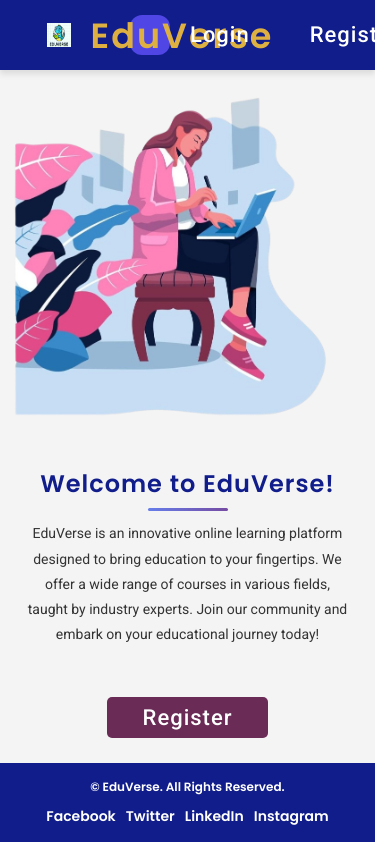
Repository: aviralsaxena16/Eduverse-Elearning-Platform
Page: /
The author's editor kept a copy of each file at every save. The page is drawn from the files as they stood at one save, then again after the next save.
The browser window is 375 px wide. The pictures show the whole page.
The project was rebuilt for these pictures with package versions that can differ from the ones it lists, and the page was loaded fresh each time. Also part of the build but not shown: vite.config.js, src/pages/LoginPage/Logout.css, src/pages/LoginPage/Logout.jsx, src/components/Side/Sidebar.css, src/components/Side/Sidebar.jsx, src/components/Navbar2/Navbar2.jsx, src/pages/MainPage/BotPage.jsx, src/pages/MainPage/MainPage.jsx and 19 more. Imported but missing from the stored project, and not drawn on this page: src/config.js, src/pages/Profile/ProfilePic.

Above is the page before, as saved 2025-03-21 18:02:37.

### index.html
<!doctype html>
<html lang="en">
  <head>
    <meta charset="UTF-8" />
    <link rel="icon" type="image/svg+xml" href="https://files.oaiusercontent.com/file-NUiUzAsg2Rnv5fLjRKBuEV?se=2025-01-03T04%3A50%3A28Z&sp=r&sv=2024-08-04&sr=b&rscc=max-age%3D604800%2C%20immutable%2C%20private&rscd=attachment%3B%20filename%3D9718d2ac-9ef9-426d-92ea-ecf0daa195a5.webp&sig=QLeTMO/ZWDLyk/UBXh9xFU5B15z5Ib/wuNILqFuiQV8%3D" />
    <meta name="viewport" content="width=device-width, initial-scale=1.0" />
    <link href="https://fonts.googleapis.com/css2?family=Poppins:wght@600&family=Roboto:wght@400;500&display=swap" rel="stylesheet">

    <title>EduVerse</title>
  </head>
  <body>
    <div id="root"></div>
    <script type="module" src="/src/main.jsx"></script>
  </body>
</html>

### src/App.jsx
//import LandingPage from './components/landingPage/LandingPage';
import { BrowserRouter } from 'react-router-dom';
import Routers from './routers/Routers.jsx';
import { AuthProvider } from './context/context.jsx';
const App = () => {
  return (
    <AuthProvider>
    <BrowserRouter>
    <Routers/>
    </BrowserRouter>
    </AuthProvider>
  )
}

export default App

### src/routers/Routers.jsx
import { Routes, Route} from 'react-router-dom';
import LandingPage from '../pages/landingPage/LandingPage.jsx';
import MainPage from '../pages/MainPage/MainPage.jsx';
import GamePage from '../pages/MainPage/GamePage.jsx';
import CoursePage from '../pages/MainPage/CoursePage.jsx';
import QuizPage from '../pages/MainPage/QuizPage/QuizPage.jsx';
import NotificationPage from '../pages/MainPage/NotificationPage.jsx';
import Login from '../pages/LoginPage/Login.jsx';
import Signup from '../pages/SignUp/Signup.jsx';
import Ques from '../pages/MainPage/QuizPage/Ques.jsx';
import ChatRoom from '../pages/MainPage/chatroom/ChatRoom.jsx';
import ProtectedRoute from './ProtectedRoute.jsx';
import VideoDetails from '../pages/MainPage/VideoDetails.jsx';
import Logout from '../pages/LoginPage/Logout.jsx';
import Game_H1 from '../pages/Game/Game_H1.jsx';
import Tictac from '../pages/Game/Tictac.jsx';
import Profile from '../pages/MainPage/Profile.jsx';
const Routers = () => {
  return (
    <Routes>
    <Route path="/" element={<LandingPage />} />
    <Route path="/login" element={<Login />} />
    <Route path="/register" element={<Signup />} />

    {/* Main Routes */}
    <Route path="/home" element={
          <ProtectedRoute>
            <MainPage />
          </ProtectedRoute>
        } />
    <Route path="/home/notification" element={
          <ProtectedRoute>
            <NotificationPage />
          </ProtectedRoute>
        } />
    <Route path="/home/course" element={
          <ProtectedRoute>
            <CoursePage />
          </ProtectedRoute>
        } />

<Route path="/home/course/video/:videoId" element={
          <ProtectedRoute>
            <VideoDetails />
          </ProtectedRoute>
        } />
    <Route path="/home/chat" element={
          <ProtectedRoute>
            <ChatRoom />
          </ProtectedRoute>
        } />
    <Route path="/home/quiz" element={
          <ProtectedRoute>
            <QuizPage />
          </ProtectedRoute>
        } />
    <Route path="/quiz/:id" element={
          <ProtectedRoute>
            <Ques />
          </ProtectedRoute>
        } />

<Route path="/logout" element={
          <ProtectedRoute>
            <Logout />
          </ProtectedRoute>
        } />
<Route path="/home/games" element={
          <ProtectedRoute>
            <GamePage />
          </ProtectedRoute>
        } />
      <Route path="/home/games/rock-paper-scissors" element={
          <ProtectedRoute>
            <Game_H1 />
          </ProtectedRoute>
        } />

<Route path="/home/games/tictac" element={
          <ProtectedRoute>
            <Tictac />
          </ProtectedRoute>
        } />
        <Route path="/home/profile" element={
          <ProtectedRoute>
           <Profile/>
          </ProtectedRoute>
        } />
  </Routes>


  );
};

export default Routers;

### src/context/context.jsx
import { createContext, useState, useContext } from 'react';

const AuthContext = createContext(null);

export const AuthProvider = ({ children }) => {
  const [isAuthenticated, setIsAuthenticated] = useState(false);

  const login = () => setIsAuthenticated(true);
  const logout = () => setIsAuthenticated(false);

  return (
    <AuthContext.Provider value={{ isAuthenticated, login, logout }}>
      {children}
    </AuthContext.Provider>
  );
};

export const useAuth = () => useContext(AuthContext);

### src/pages/landingPage/LandingPage.jsx

import Navbar from "./Navbar";
import Body from "./Body";
import Footer from "./Footer";

const LandingPage = () => {
  return (
    <div className="landing-page">
      <Navbar/>
      <Body/>
      <Footer/>
    </div>
  );
};

export default LandingPage;

### src/pages/landingPage/Navbar.jsx

import { NavLink } from "react-router-dom";
import "./Navbar.css";
import logo from '../../assets/Logo.png'

const Navbar = () => {
  return (
    <nav className="navbar">
      <div className="logo">
        <img src={logo} className="img"/>
          EduVerse</div>
      <ul className="nav-links">
        <li>
          <NavLink to="/login" className="nav-link" activeClassName="active">
            Login
          </NavLink>
        </li>
        <li>
          <NavLink to="/register" className="nav-link" activeClassName="active">
            Register
          </NavLink>
        </li>
      </ul>
    </nav>


  );
};

export default Navbar;

### src/pages/landingPage/Body.jsx

import { NavLink } from "react-router-dom";
import "./Body.css";

import cover from "../../assets/no_bg.png"; // Import the cover image
const Body = () => {
  return (
    <div className="body-section">
      <div className="image-section">
        {/* Use the imported cover image */}
        <img src={cover} alt="Cover" className="cover-image" />
      </div>
      <div className="intro">
        <h1>Welcome to EduVerse!</h1>
        <p>

          EduVerse is an innovative online learning platform designed to bring education to your fingertips. We offer a wide range of courses in various fields, taught by industry experts.  Join our community and embark on your educational journey today!
        </p>
        <button className="sign-in-btn"> <NavLink to="/register" className="nav-link" activeClassName="active">
            Register
          </NavLink></button>

      </div>
    </div>
  );
};

export default Body;

### src/pages/landingPage/Footer.jsx
import "./Footer.css";

const Footer = () => {
  return (
    <footer className="footer">
      <div className="footer-content">
        <p className="footer-text">© EduVerse. All Rights Reserved.</p>
        <span className="social-links">
          <a href="https://www.facebook.com" className="social-icon" target="_blank" rel="noopener noreferrer">Facebook</a>
          <a href="https://twitter.com" className="social-icon" target="_blank" rel="noopener noreferrer">Twitter</a>
          <a href="https://www.linkedin.com" className="social-icon" target="_blank" rel="noopener noreferrer">LinkedIn</a>
          <a href="https://www.instagram.com" className="social-icon" target="_blank" rel="noopener noreferrer">Instagram</a>
        </span>
      </div>
    </footer>
  );
};

export default Footer;

### src/pages/MainPage/QuizPage/quiz.css
.quiz-page {
  display: grid;
  grid-template-columns: repeat(auto-fill, minmax(280px, 1fr));
  gap: 2rem;
  padding: 2rem;
  max-width: 1600px;
  margin: 0 auto;
}


h1 {
  text-align: center;
  margin: 2rem 0;
  color: #2d3748;
  font-size: 2.5rem;
  font-weight: 700;
  position: relative;
}

h1::after {
  content: '';
  position: absolute;
  bottom: -10px;
  left: 50%;
  transform: translateX(-50%);
  width: 100px;
  height: 4px;
  background: linear-gradient(90deg, #667eea, #764ba2);
  border-radius: 2px;
}

.cardd {
  border-radius: 12px;
  overflow: hidden;
  box-shadow: 0 10px 20px rgba(0,0,0,0.1);
  transition: all 0.3s ease;
  cursor: pointer;
  position: relative;
  height: 250px;
}

.cardd:hover {
  transform: translateY(-10px);
  box-shadow: 0 15px 30px rgba(0,0,0,0.2);
}

.cardd::before {
  content: '';
  position: absolute;
  inset: 0;
  background: linear-gradient(to top, rgba(0,0,0,0.8) 0%, rgba(0,0,0,0) 60%);
  z-index: 1;
  opacity: 0.8;
  transition: opacity 0.3s ease;
}

.cardd:hover::before {
  opacity: 0.9;
}

/* Media Queries for Different Screen Sizes */
@media (max-width: 1200px) {
  .quiz-page {
    grid-template-columns: repeat(auto-fill, minmax(250px, 1fr));
    padding: 1.5rem;
  }
}

@media (max-width: 768px) {
  .quiz-page {
    grid-template-columns: repeat(auto-fill, minmax(220px, 1fr));
    gap: 1.5rem;
    padding: 1rem;
  }

  h1 {
    font-size: 2rem;
    margin: 1.5rem 0;
  }
}

@media (max-width: 480px) {
  .quiz-page {
    grid-template-columns: 1fr;
    gap: 1.2rem;
  }

  .cardd {
    height: 200px;
  }

  h1 {
    font-size: 1.8rem;
    margin: 1rem 0;
  }

  h1::after {
    width: 80px;
    height: 3px;
  }
}

/* Additional Styles for Your Card Component */
/* These would integrate with your Card component */
.card-title {
  position: absolute;
  bottom: 20px;
  left: 20px;
  color: white;
  font-size: 1.4rem;
  font-weight: 600;
  z-index: 2;
  transition: transform 0.3s ease;
}

.cardd:hover .card-title {
  transform: translateY(-5px);
}

.card-image {
  width: 100%;
  height: 100%;
  object-fit: cover;
  transition: transform 0.5s ease;
}

.cardd:hover .card-image {
  transform: scale(1.1);
}

### src/pages/MainPage/QuizPage/quiz_ques.css
/* Prevent horizontal scrolling */
html, body {
  margin: 0;
  padding: 0;
  width: 100vw;
  overflow-x: hidden;
}

/* quiz_ques.css */
* {
  margin: 0;
  padding: 0;
  box-sizing: border-box;
  font-family: 'Poppins', sans-serif;
}

.quiz-container {
  min-height: 100vh;
  width: 100%;
  max-width: 100vw;
  background: #f9f9f9;
  padding: 2rem;
  display: flex;
  flex-direction: column;
  align-items: center;
  justify-content: center;
}

.quiz-header {
  width: 100%;
  max-width: 800px;
  text-align: center;
  color: #333;
  margin-bottom: 1.5rem;
}

.quiz-header h1 {
  font-size: 2.5rem;
  margin-bottom: 1rem;
  color: #6c5ce7;
}

.quiz-header p {
  font-size: 1.1rem;
  color: #555;
}

.progress-bar {
  width: 100%;
  height: 8px;
  background: #ddd;
  border-radius: 10px;
  margin: 1.2rem 0;
  overflow: hidden;
}

.progress {
  height: 100%;
  background: #6c5ce7;
  transition: width 0.5s ease;
}

.timer {
  font-size: 1.3rem;
  font-weight: bold;
  color: #fff;
  background: #6c5ce7;
  padding: 0.4rem 1.2rem;
  border-radius: 15px;
  display: inline-block;
  margin: 1rem 0;
}

.quiz-question {
  width: 100%;
  max-width: 800px;
  background: rgba(255, 255, 255, 0.9);
  backdrop-filter: blur(10px);
  padding: 1.5rem;
  border-radius: 15px;
  color: #333;
  font-size: 1.2rem; /* Reduced from 1.3rem */
  line-height: 1.5;
  margin-bottom: 1.5rem;
  text-align: center;
  box-shadow: 0 5px 15px rgba(0, 0, 0, 0.1);
  border: 1px solid rgba(0, 0, 0, 0.1);
}

.quiz-options {
  width: 100%;
  max-width: 800px;
  display: grid;
  gap: 0.8rem; /* Reduced gap */
  margin-bottom: 1.5rem;
}

.quiz-option {
  width: 100%;
  padding: 0.8rem 1.5rem; /* Reduced padding */
  background: white;
  border: 2px solid #6c5ce7;
  border-radius: 10px; /* Slightly smaller */
  color: #333;
  font-size: 1rem; /* Reduced from 1.1rem */
  cursor: pointer;
  transition: all 0.3s ease;
  text-align: left;
}

.quiz-option:hover {
  background: #6c5ce7;
  color: white;
  transform: translateY(-3px);
}

.quiz-option.selected {
  background: #6c5ce7;
  color: white;
  border-color: #6c5ce7;
  transform: translateY(-3px);
  box-shadow: 0 5px 15px rgba(0, 0, 0, 0.2);
}

.next-button {
  width: 100%;
  max-width: 800px;
  padding: 0.8rem; /* Reduced size */
  background: #6c5ce7;
  color: white;
  border: none;
  border-radius: 10px;
  font-size: 1.1rem; /* Slightly smaller */
  font-weight: bold;
  cursor: pointer;
  transition: all 0.3s ease;
  margin-bottom: 1.5rem;
}

.next-button:disabled {
  background: #ccc;
  cursor: not-allowed;
}

.next-button:hover:not(:disabled) {
  transform: translateY(-3px);
  box-shadow: 0 5px 15px rgba(0, 0, 0, 0.2);
}

.quiz-completed {
  text-align: center;
  background: white;
  padding: 2.5rem;
  border-radius: 15px;
  color: #333;
  box-shadow: 0 8px 32px rgba(0, 0, 0, 0.1);
  border: 2px solid #6c5ce7;
  width: 100%;
  max-width: 800px;
}

.quiz-completed h2 {
  font-size: 2.5rem;
  margin-bottom: 1rem;
  color: #6c5ce7;
}

.quiz-completed h3 {
  font-size: 1.8rem;
  color: #333;
}

.quiz-footer {
  width: 100%;
  max-width: 800px;
  text-align: center;
  color: #777;
  font-style: italic;
}

@media (max-width: 850px) {
  .quiz-container {
    padding: 1rem;
  }

  .quiz-header h1 {
    font-size: 2rem;
  }

  .quiz-question {
    font-size: 1.1rem; /* Smaller on smaller screens */
    padding: 1.2rem;
  }

  .quiz-option {
    padding: 0.7rem 1.2rem; /* Adjusted */
    font-size: 0.95rem;
  }

  .quiz-completed {
    margin: 1rem;
    padding: 2rem;
  }
}

@media (max-width: 480px) {
  .quiz-header h1 {
    font-size: 1.8rem;
  }

  .quiz-question {
    font-size: 1rem;
    padding: 1rem;
  }

  .quiz-option {
    font-size: 0.9rem;
  }

  .quiz-completed h2 {
    font-size: 2rem;
  }

  .quiz-completed h3 {
    font-size: 1.5rem;
  }
}

### src/pages/Game/Game_H1.css
/* General Styling */
body {
    font-family: Arial, sans-serif;
    background-color: #f0f8f8;
    margin: 0;
    padding: 0;
  }

  /* Game Container */
  .game-container {
    min-height: 100vh;
          display: flex;
          flex-direction: column;
          align-items: center;
          background: #0f0c29;
          position: relative;
          overflow: hidden;
          padding: 40px 20px;
          text-align: center;
          font-family: 'Poppins', sans-serif;
  }

  /* Title */
  .game-title {
    color: #101d8a;
    font-size: 24px;
    font-weight: bold;
    margin-bottom: 20px;
  }

  /* Choices */
  .choices-container {
    display: flex;
    justify-content: center;
    gap: 15px;
    margin-bottom: 20px;
  }
  .choice-button { background: white; border: 2px solid #ddd; width: 200px; height: 200px; display: flex; justify-content: center; align-items: center; cursor: pointer; transition: all 0.3s ease; padding: 1rem; }

.choice-button:hover { transform: scale(1.1); border-color: #007bff; box-shadow: 0 6px 12px rgba(0, 0, 0, 0.1); }

.choice-image { width: 100%; height: 100%; }

.score-container { display: flex; justify-content: center; gap: 4rem; margin-bottom: 2rem; }



.score {
  text-align: center;
  padding: 1rem 2rem;
  border-radius: 8px;
  background-color: white;
  box-shadow: 0 2px 4px rgba(0, 0, 0, 0.1);
}

.score p:first-child {
  font-size: 2.5rem;
  font-weight: bold;
  margin: 0;
  color: #007bff;
}

.score p:last-child {
  margin: 0;
  color: #555;
  font-weight: bold;
}

.message-container {
  padding: 1rem;
  background-color: white;
  border-radius: 8px;
  box-shadow: 0 2px 4px rgba(0, 0, 0, 0.1);
}

.message-container p {
  font-size: 1.2rem;
  color: #333;
  margin: 0;
  font-weight: 500;
}

### src/pages/MainPage/Profile.css
:root {
  --primary-blue: #101d8a;
  --secondary-blue: #1a2ba3;
  --light-blue: #f0f2ff;
  --text-dark: #1a1a2e;
  --text-light: #4a4a68;
  --border-radius: 12px;
  --box-shadow: 0 10px 25px rgba(16, 29, 138, 0.15);
}

.profile-page-container {
  margin: auto;
  width: 60vw;
  max-width: 900px;
  background: white;
  border-radius: var(--border-radius);
  box-shadow: var(--box-shadow);
  padding: 2rem;
  text-align: center;
}

/* HEADER SECTION */
.profile-header {
  display: flex;
  align-items: center;
  justify-content: space-between;
  background: linear-gradient(135deg, var(--primary-blue), var(--secondary-blue));
  color: white;
  padding: 2rem;
  border-radius: var(--border-radius);
  text-align: left;
  position: relative;
}

.profile-info {
  display: flex;
  align-items: center;
  gap: 1rem;
}

/* PROFILE PICTURE */

/* PROFILE INFO CONTAINER */
.profile-info {
  display: flex;
  align-items: center;
  gap: 1.5rem; /* Adjusted spacing */
}


/* USER DETAILS */
.user-details {
  display: flex;
  flex-direction: column;
}

.user-details h2 {
  margin: 0;
  font-size: 1.8rem;
}

.email-link a {
  color: yellow;
  font-size: 1rem;
  text-decoration: none;
}

.email-link a:hover {
  text-decoration: underline;
}

/* PROFILE DETAILS SECTION */
.profile-details {
  margin-top: 2rem;
  text-align: left;
}

.profile-details label {
  font-weight: bold;
  display: block;
  margin-bottom: 0.3rem;
}

.profile-details p {
  background: var(--light-blue);
  padding: 0.7rem;
  border-radius: 8px;
}

/* BUTTON STYLING */
.button-container {
  display: flex;
  gap: 15px; /* Adjust spacing between buttons */
}

.edit-button,
.save-button {
  margin-top: 1rem;
  background-color: var(--primary-blue);
  color: white;
  border: none;
  padding: 0.6rem 1.5rem;
  border-radius: 8px;
  cursor: pointer;
  transition: all 0.3s ease;
}

.edit-button:hover,
.save-button:hover {
  background-color: var(--secondary-blue);
  transform: translateY(-2px);
}

### src/pages/landingPage/Navbar.css
/* Navbar.css */
.navbar {
  display: flex;
  justify-content: space-between;
  align-items: center;
  padding: 15px 30px;
  background-color: #101d8a; /* Teal background */
  color: white;
  box-shadow: 0 4px 6px rgba(0, 0, 0, 0.1);
}

.img{
  margin-left:20px;
  margin-right:20px;
}
.navbar .logo {
  margin-left: 100px;
  font-family: 'Poppins', sans-serif;
  font-size: 35px;
  font-weight: 600;
  color: #DEB041; /* Gold color for logo */
  letter-spacing: 2px;
}

.nav-links {
  list-style: none;
  display: flex;
  gap: 20px;
}

.nav-link {
  text-decoration: none;
  color: white;
  font-family: 'Roboto', sans-serif;
  font-size: 22px;
  font-weight: 500;
  padding: 10px 20px;
  border-radius: 5px;
  transition: background-color 0.3s ease;
  letter-spacing: 1px;
}

.nav-link:hover {
  background-color: #6A2B56; /* Purple hover effect */
}

.active {
  background-color: #DEB041; /* Gold active link color */
}

### src/pages/landingPage/Body.css
/* Body.css */
.body-section {
  display: flex;
  flex-direction: row;
  justify-content: space-between;
  align-items: center;

  background-color: #f4f4f4;
  padding: 0; /* Remove extra padding from body */
  margin: 0; /* Remove margin */
}

.image-section {
  flex: 0.8;
  display: flex;
  align-items: flex-start;
  margin: 0; /* Remove any margin */
  padding: 0; /* Remove padding */
}

.cover-image {
  width: 100%;
  height: auto;
  margin: 0; /* Remove margin */
  padding: 0; /* Remove padding */

}

.cover-image::after {
  content: "";
  position: absolute;
  top: 0;
  left: 0;
  right: 0;
  bottom: 0;
  background: rgba(0, 0, 0, 0.4); /* Dark overlay for better text readability */
  border-radius: 10px;
}

.intro {
  flex: 1;
  padding: 20px;
  text-align: left;
  z-index: 10;
  display: flex;
  flex-direction: column;
  justify-content: center;
  align-items: center;
}

.intro h1 {
  font-family: 'Poppins', sans-serif;
  font-size: 40px;
  font-weight: 600;
  color: #101d8a;
  letter-spacing: 1px;
  margin-bottom: 20px;
}

.intro p {
  font-family: 'Roboto', sans-serif;
  font-size: 18px;
  color: #333;
  line-height: 1.8;
  margin-bottom: 40px;
  text-align: center; /* Center the text */
}

.sign-in-btn {
  padding: 15px 30px;
  background-color: #6A2B56; /* Purple button */
  color: white;
  border: none;
  border-radius: 5px;
  font-family: 'Roboto', sans-serif;
  font-size: 18px;
  cursor: pointer;
  transition: all 0.3s ease;
  letter-spacing: 1px;
  margin-top: 20px; /* Space above the button */
}

.sign-in-btn:hover {
  background-color: #DEB041; /* Gold hover effect */
  transform: scale(1.05);
  box-shadow: 0 4px 8px rgba(0, 0, 0, 0.2);
}

.sign-in-btn .nav-link {
  color: white;
  text-decoration: none;
}

.sign-in-btn .nav-link:hover {
  color: white;
}
@media (max-width: 1024px) {
  .body-section {
    flex-direction: column;
    align-items: center;
    text-align: center;
  }

  .image-section {
    flex: 1;
    justify-content: center;
  }

  .intro {
    flex: 1;
    padding: 15px;
    text-align: center;
  }

  .intro h1 {
    font-size: 35px;
  }

  .intro p {
    font-size: 16px;
  }

  .sign-in-btn {
    font-size: 16px;
    padding: 12px 25px;
  }
}

@media (max-width: 768px) {
  .intro h1 {
    font-size: 28px;
  }

  .intro p {
    font-size: 14px;
    margin-bottom: 30px;
  }

  .sign-in-btn {
    font-size: 14px;
    padding: 10px 20px;
  }
}

@media (max-width: 480px) {
  .body-section {
    flex-direction: column;
    padding: 10px;
  }

  .intro h1 {
    font-size: 24px;
  }

  .intro p {
    font-size: 14px;
  }

  .sign-in-btn {
    font-size: 14px;
    padding: 8px 16px;
  }
}

### src/pages/landingPage/Footer.css
/* Footer.css */
.footer {
  background-color: #101d8a; /* Teal background */
  color: white;

  text-align: center;
}

.footer-text {
  font-size: 16px;
  font-weight: 400;
  margin-bottom: 20px;
}

.social-links {
  display: flex;
  justify-content: center;
  gap: 15px;
}

.social-icon {
  color: white;
  font-size: 18px;
  text-decoration: none;
  transition: color 0.3s ease;
}

.social-icon:hover {
  color: #DEB041; /* Gold color on hover */
}

@media (max-width: 768px) {
  .footer-text {
    font-size: 14px;
    margin-bottom: 15px;
  }

  .social-links {
    gap: 10px;
  }

  .social-icon {
    font-size: 16px;
  }
}

@media (max-width: 480px) {
  .footer {
    padding: 15px;
  }

  .footer-text {
    font-size: 12px;
    margin-bottom: 10px;
  }

  .social-icon {
    font-size: 14px;
  }
}

### src/components/Navbar2/Navbar2.css
/* Navbar2.css */

body {
  margin: 0;
  font-family: 'Poppins', sans-serif;
}

nav {
  background:  #101d8a; /* Solid teal background */
  color: white;
  padding: 10px 20px;
  box-shadow: 0 4px 8px rgba(0, 0, 0, 0.2);
  position: sticky;
  top: 0;
  z-index: 1000;
}

.Nav2 {
  display: flex;
  align-items: center;
  justify-content: space-between;
  list-style: none;
  margin: 0;
  padding: 0;
}

.Nav2 li {
  display: inline-flex;
  align-items: center;
  justify-content: center;
  color: white;
  cursor: pointer;
  font-size: 24px;
  /* padding: 10px; */
  transition: all 0.3s ease;
}

.Nav2 li:hover {
  color: #DEB041; /* Gold hover effect */
}

.bars {
  font-size: 26px;
  margin-right: 85vw;
}

.search-container {
  display: flex;
  align-items: center;
  flex-grow: 1;
  margin: 0 20px;
}

.search-icon {
  font-size: 20px;
  color: white;
  margin-right: 8px;
}

.search-bar {
  width: 100%;
  max-width: 300px;
  padding: 8px 12px;
  font-size: 16px;
  border: 1px solid transparent;
  border-radius: 20px;
  background: rgba(255, 255, 255, 0.1);
  color: white;
  outline: none;
  transition: background 0.3s ease, box-shadow 0.3s ease;
}

.search-bar::placeholder {
  color: rgba(255, 255, 255, 0.6);
}

.search-bar:focus {
  background: white;
  color: #333;
  box-shadow: 0 0 8px rgba(255, 255, 255, 0.6);
}

.home, .profile {
  font-size: 26px;
}

.home{
  margin-right:0px;
}

@media screen and (max-width: 768px) {
  nav {
    background: #101d8a;
    color: white;
    padding: 10px 20px;
    box-shadow: 0 4px 8px rgba(0, 0, 0, 0.2);
    position: sticky;
    top: 0;
    z-index: 1000;
    width: 100%;
    box-sizing: border-box;
  }

  .Nav2 {
    flex-direction: row;
    gap: 5px;
    justify-content: space-between;
    width: 100%;
  }

  .search-container {
    flex-grow: 1;
    width: auto;
    margin: 0 10px;
  }

  .search-bar {
    max-width: 150px;
  }

  .bars {
    font-size: 20px;
    margin-right: 0;
  }

  .home, .profile {
    font-size: 20px;
    display: flex;
  }
}
/* Add a smaller breakpoint for very small screens */
@media screen and (max-width: 480px) {
  .search-bar {
    max-width: 120px;
  }

  .bars,
  .home,
  .profile {
    font-size: 18px;
  }
}

Loaded but not shown: src/main.jsx (common file); src/pages/LoginPage/Login.css (390 lines, source omitted); src/index.css (no stored copy; drawn as an empty file)

After the next save:
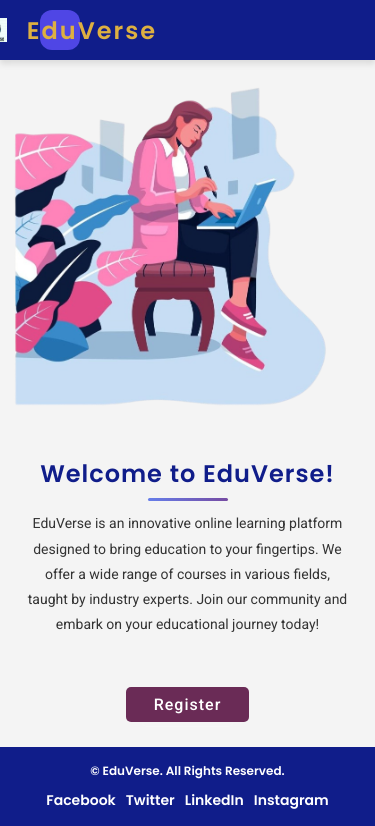
Saved 88 s later.
--- a/src/pages/landingPage/Navbar.css
+++ b/src/pages/landingPage/Navbar.css
@@ -47,3 +47,64 @@
 .active {
   background-color: #DEB041; /* Gold active link color */
 }
+@media (max-width: 1024px) {
+  .navbar .logo {
+    margin-left: 20px;
+    font-size: 30px;
+  }
+
+  .nav-link {
+    font-size: 20px;
+    padding: 8px 16px;
+  }
+}
+
+@media (max-width: 768px) {
+  .menu-toggle {
+    display: block;
+  }
+
+  .nav-links {
+    display: none;
+    flex-direction: column;
+    position: absolute;
+    top: 70px;
+    right: 0;
+    width: 100%;
+    background-color: #101d8a;
+    text-align: center;
+    gap: 0;
+    box-shadow: 0 4px 6px rgba(0, 0, 0, 0.1);
+  }
+
+  .nav-links.active {
+    display: flex;
+  }
+
+  .nav-link {
+    padding: 15px;
+    font-size: 18px;
+    width: 100%;
+    text-align: center;
+    border-bottom: 1px solid rgba(255, 255, 255, 0.2);
+  }
+
+  .nav-link:hover {
+    background-color: #6A2B56;
+  }
+}
+
+@media (max-width: 480px) {
+  .navbar {
+    padding: 10px 20px;
+  }
+
+  .navbar .logo {
+    font-size: 24px;
+  }
+
+  .nav-link {
+    font-size: 16px;
+    padding: 12px;
+  }
+}
